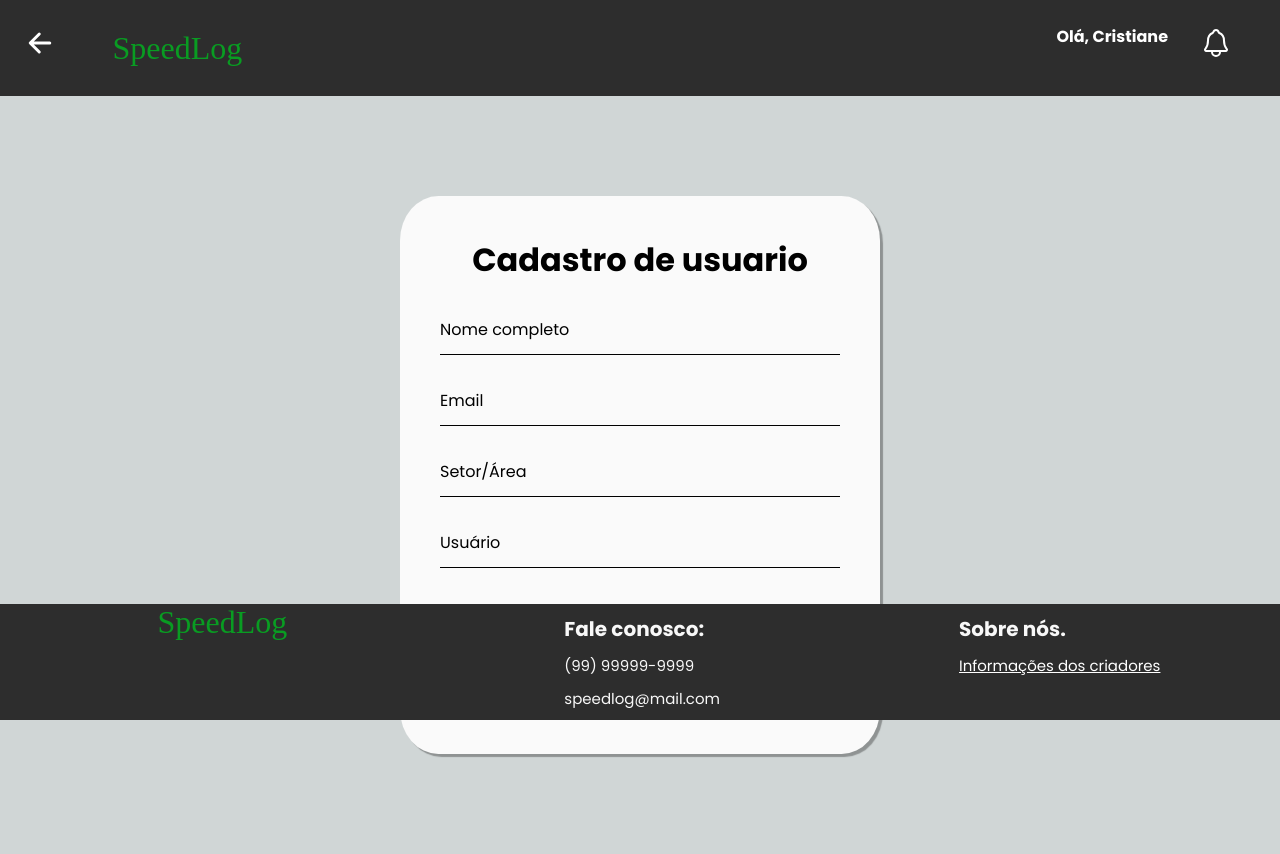
Repository: crisholiveira/speedlog
Page: http://localhost/cadUsuario/
The author's editor kept a copy of each file at every save. The page is drawn from the files as they stood at one save, then again after the next save.
The browser window is 1280 px wide. The pictures show the whole page.
Some web fonts or font styles are not loaded; a fallback is used. The page is served by the project's Node server (app.js). Other server files are loaded and not shown.

Above is the page before, as saved 2022-02-02 20:59:40.

### views/cadUsuario.ejs
<!DOCTYPE html>
<html lang="pt-br">
<head>
    <meta charset="UTF-8">
    <meta http-equiv="X-UA-Compatible" content="IE=edge">
    <meta name="viewport" content="width=device-width, initial-scale=1.0">
    <title>Cadastro de usuário</title>

    <link rel="stylesheet" href="/stylesheets/cadUsuario.css">
    <%- include('./partials/header.ejs') %>

</head>


<body>

    <div class="container">
        <div class="card">
            <h1>Cadastro de usuario</h1>

            <div class="label-float">
                <input type="text" name="nome" id="nome" placeholder=" ">
                <label for="nome">Nome completo</label>
            </div>

            <div class="label-float">
                <input type="email" name="email" id="email" placeholder=" ">
                <label for="email">Email</label>
            </div>

            <div class="label-float">
                <input type="text" name="setor" id="setor" placeholder=" ">
                <label for="setor">Setor/Área</label>
            </div>

            <div class="label-float">
                <input type="text" name="usuario" id="usuario" placeholder=" ">
                <label for="usuario">Usuário</label>
            </div>

            <div class="label-float">
                <input type="password" name="senha" id="senha" placeholder=" ">
                <label for="senha">Senha daora</label>
            </div>

            <div class="justfy-center">
                <button>Cadastrar</button>
            </div>

        </div>
    </div>


    <%- include('./partials/footer.ejs') %>
</body>


</html>

### views/partials/header.ejs
<!DOCTYPE html>
<html lang="en">

<head>
    <meta charset="UTF-8">
    <meta http-equiv="X-UA-Compatible" content="IE=edge">
    <meta name="viewport" content="width=device-width, initial-scale=1.0">
    <link rel="stylesheet" href="/stylesheets/header.css">
    <title>SpeedLog</title>
</head>
<header>
    <div id="menu-header">
        <div class="header-container">
            <span class="icone-voltar"><a href="/home"><ion-icon name="arrow-back-outline"></ion-icon></a>

            </span>
            <span class="logo">SpeedLog</span>
            <span class="icone-notificacao">
                <ion-icon name="notifications-outline"></ion-icon>
            </span>
            <span class="bem-vindo">
                <h4>Olá, Cristiane</h4>
            </span>
        </div>
    </div>
</header>
<script type="module" src="https://unpkg.com/ionicons@5.5.2/dist/ionicons/ionicons.esm.js"></script>
<script nomodule src="https://unpkg.com/ionicons@5.5.2/dist/ionicons/ionicons.js"></script>

### views/partials/footer.ejs
<!DOCTYPE html>
<html lang="en">
<head>
    <meta charset="UTF-8">
    <meta http-equiv="X-UA-Compatible" content="IE=edge">
    <meta name="viewport" content="width=device-width, initial-scale=1.0">
    <title>Document</title>
    <link rel="stylesheet" href="/stylesheets/footer.css">
</head>

<footer>

    <div class="footer">

        <div class="caixa1">
            <span class="logo"> SpeedLog </span>
        </div>

        <div class="caixa2">

            <ul>
            <li class="titulo"><b>Fale conosco:</b> </li>
            <li >(99) 99999-9999</li>
            <li>speedlog@mail.com</li>
            </ul>

        </div>

        <div class='caixa3'>
            <ul>
                <li class="titulo"><b>Sobre nós.</b></li>
                <li><a href="#" style="color: white">Informações dos criadores</a></li>
            </ul>
        </div>


    </div>

</footer>

### app.js
var createError = require('http-errors');
var express = require('express');
var path = require('path');
var cookieParser = require('cookie-parser');
var logger = require('morgan');

var indexRouter = require('./routes/index');
var usersRouter = require('./routes/users');
var homeRouter = require('./routes/home');
var perfilRouter = require('./routes/perfil');
var requisicoesRouter = require('./routes/requisicoes');
var estoqueRouter = require('./routes/estoque');
var usuariosRouter = require('./routes/usuarios');
var produtosRouter = require('./routes/produtos');
var cadUsuarioRouter = require('./routes/cadUsuario');



var app = express();

// view engine setup
app.set('views', path.join(__dirname, 'views'));
app.set('view engine', 'ejs');

app.use(logger('dev'));
app.use(express.json());
app.use(express.urlencoded({ extended: false }));
app.use(cookieParser());
app.use(express.static(path.join(__dirname, 'public')));

app.use('/', indexRouter);
app.use('/users', usersRouter);
app.use('/home', homeRouter);
app.use('/perfil', perfilRouter);
app.use('/requisicoes', requisicoesRouter);
app.use('/estoque', estoqueRouter);
app.use('/usuarios', usuariosRouter);
app.use('/produtos', produtosRouter);
app.use('/cadUsuario', cadUsuarioRouter);


// catch 404 and forward to error handler
app.use(function(req, res, next) {
  next(createError(404));
});

// error handler
app.use(function(err, req, res, next) {
  // set locals, only providing error in development
  res.locals.message = err.message;
  res.locals.error = req.app.get('env') === 'development' ? err : {};

  // render the error page
  res.status(err.status || 500);
  res.render('error');
});

module.exports = app;

### controllers/cadUsuarioController.js
const cadUsuarioController = {
    index: (req,res) => {
        res.render('cadUsuario')
    }
}

module.exports = cadUsuarioController;

### public/stylesheets/cadUsuario.css
* {
    margin: 0;
    padding: 0;
}

body{
    background-color: rgb(208, 214, 214);
}

.container{
    display: flex;
    justify-content: center;
    width: 100%;
    margin-top: 100px;
    margin-bottom: 100px;
}

.card{
    background-color: rgb(250, 250, 250);
    padding: 40px;
    border-radius: 8%;
    box-shadow: 3px 3px 1px 0 #00000050;

}

h1{
    text-align: center;
    margin-bottom: 20px;
}

.label-float input{
    width: 100%;
    padding: 5px 5px;
    display: inline-block;
    border: 0;
    border-bottom: 1px solid #000;
    background-color: transparent;
    outline: none;
    min-width: 400px;
    font-size: 18px;
    transition: all .3s ease-out;
}

.label-float{
    position: relative;
    padding-top: 13px;
    margin-top: 5%;
    margin-bottom: 5%;
}

.label-float input:focus{
    border-bottom: 2px solid #000;
}

.label-float label{
    color: rgb(0, 0, 0);
    pointer-events: none;
    position: absolute;
    top: 0;
    left: 0;
    margin-top: 13px;
    transition: all .3s ease-out;
}

.label-float input:focus + label{
    font-size: 12px;
    margin-top: 0;
    color: black;
}

button{
    background-color: transparent;
    border-color: black;
    color: black;
    padding: 5px;
    font-size: 12pt;
    margin-top: 20px;
    border-radius: 8%;
    cursor: pointer;
    outline: node;
}

button:hover{
    background-color: rgb(27, 168, 81);
    color: white;
    transition: all .3s ease-out;
}

### public/stylesheets/header.css
@import url('https://fonts.googleapis.com/css2?family=Poppins:wght@100;200;300;400;500;600;700&display=swap');
@import url('https://fonts.googleapis.com/css2?family=Patrick+Hand&display=swap');

*{
    padding: 0;
    margin: 0;
    box-sizing: border-box;
    border: none;
    font-family: 'Poppins'
}

header {
    min-height: 10vh;
    background-color:#2d2d2d;

}

.header-container a {
    color: white;
}



.header-container {
    padding: 1.5rem;

}

.logo {
    color:#099c22;
    font-family: 'Patrick Hand', cursive;
    font-size: 2rem;
    padding: 3rem;

}


.icone-voltar {
    font-size: 2rem;
    color: white;



}

.icone-notificacao {
    font-size: 2rem;
    color: white;
    float: right;
    padding-right: 1.5rem;

}

.bem-vindo {
    color: white;
    float: right;

}
.bem-vindo h4 {
    padding-right: 2rem;
}
@media (max-width: 768px){
    .logo{
        display: none;
    }
}

### public/stylesheets/footer.css
*{
    padding: 0;
    margin: 0;
    box-sizing: border-box;
    border: none;
    font-family: 'Poppins'
}

footer{
    min-height: 10vh;
    background-color:#2d2d2d;
    color: rgb(248, 248, 248);
    bottom: 0;
    left: 0;
    position: fixed;
    width: 100%;
}

.logo{
    color:#099c22;
    font-family: 'Patrick Hand', cursive;
    font-size: 2rem;
    text-align: center;
}

ul{

    list-style: none;


}

li{
    margin: 10px;
    font-size: 15px;

}

.footer{
    display: flex;
    justify-content: space-around;


}

.titulo{
    font-size: 20px;
}

After the next save:
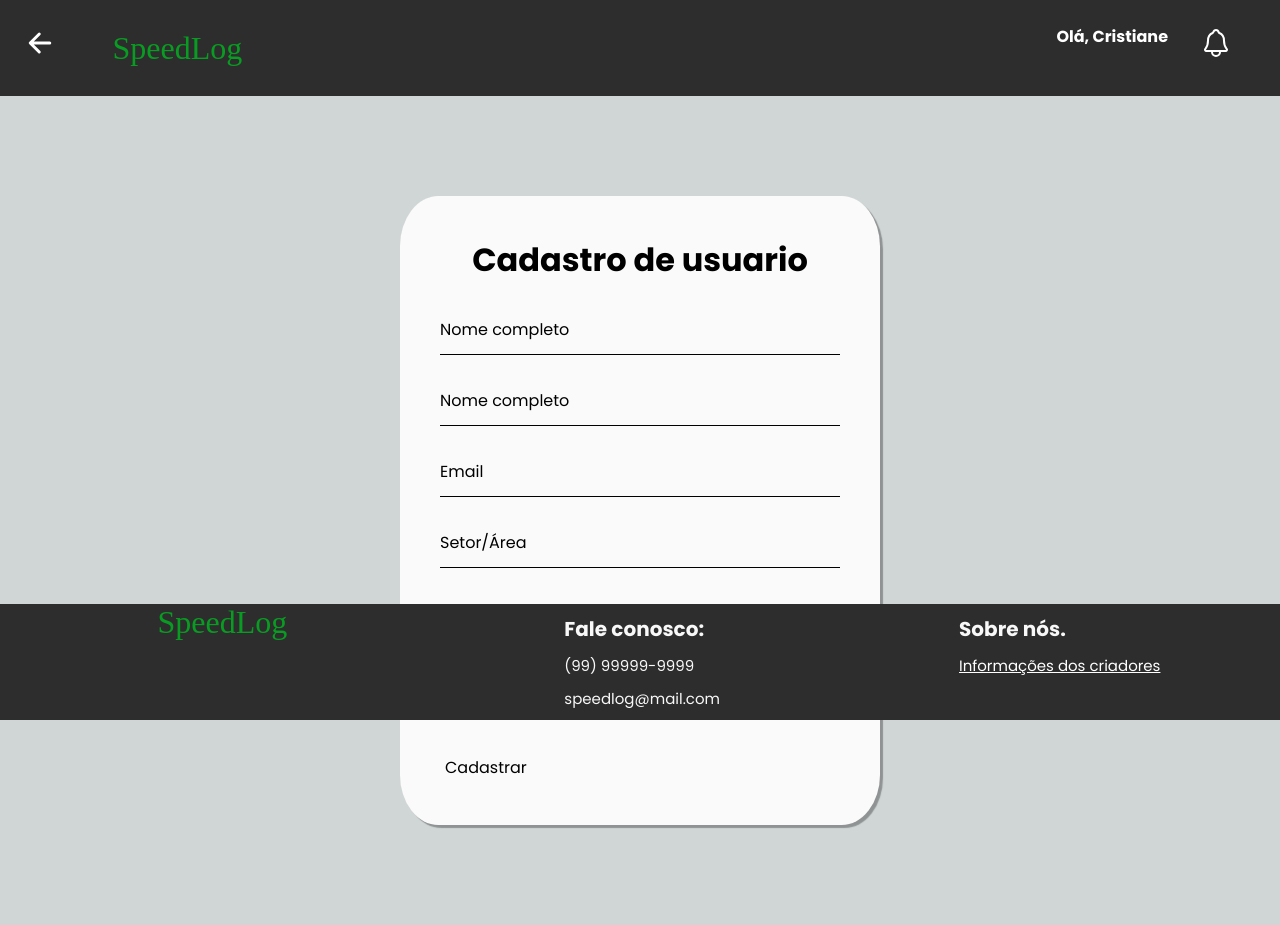
Saved 44 s later.
--- a/views/cadUsuario.ejs
+++ b/views/cadUsuario.ejs
@@ -22,6 +22,14 @@
                 <input type="text" name="nome" id="nome" placeholder=" ">
                 <label for="nome">Nome completo</label>
             </div>
+
+
+            <div class="label-float">
+                <input type="text" name="nome" id="nome" placeholder=" ">
+                <label for="nome">Nome completo</label>
+            </div>
+
+
 
             <div class="label-float">
                 <input type="email" name="email" id="email" placeholder=" ">
